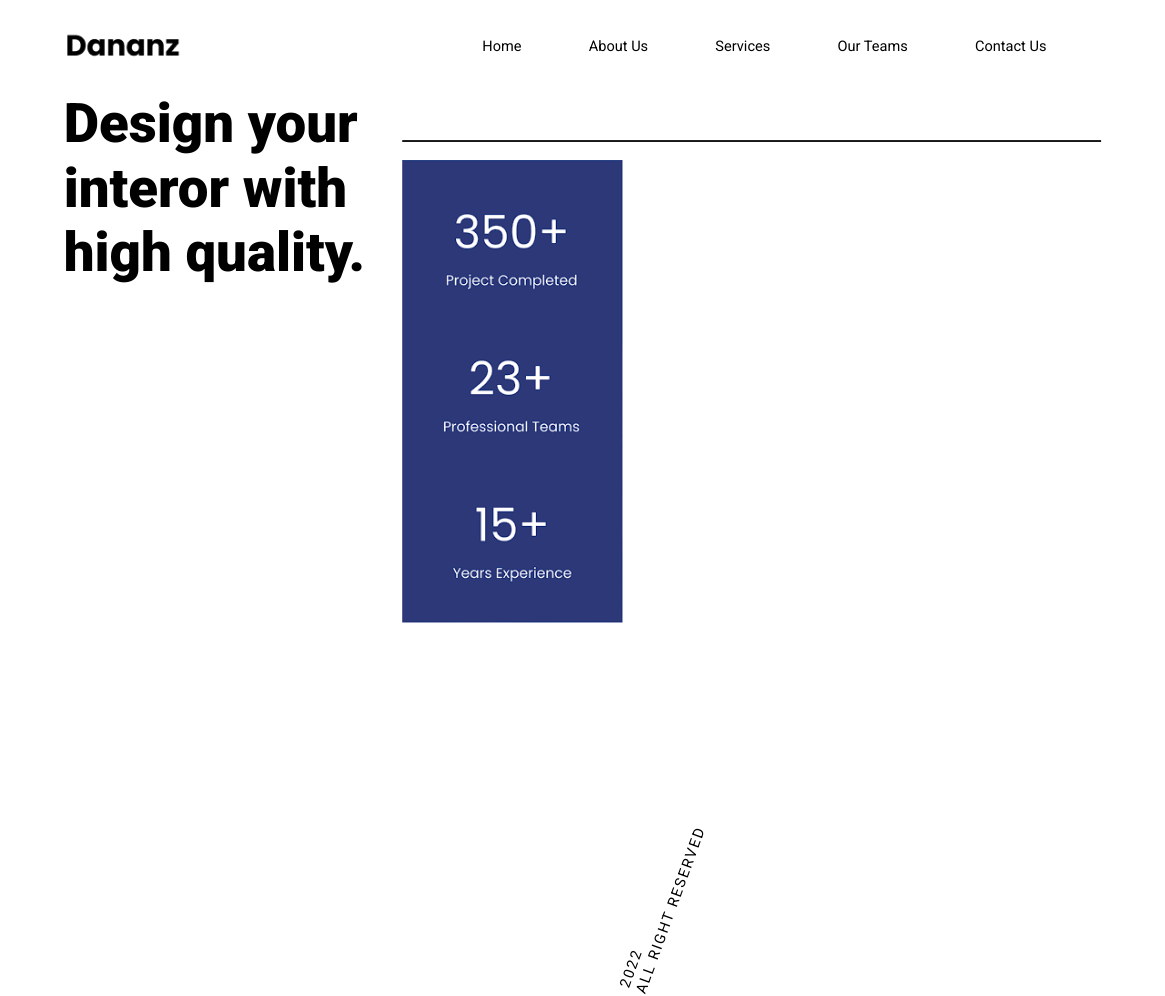
Repository: AsadKasimov/disain
Page: index.html
An editor plug-in stored every save of this project. The page is shown before and after the next save, followed by the edit.
The browser window is 1280 px wide. The pictures show the whole page, at 91% of full size.

Above is the page before, as saved 2023-04-20 12:39:48.

### index.html
<!DOCTYPE html>
<html lang="en">
<head>
    <meta charset="UTF-8">
    <meta http-equiv="X-UA-Compatible" content="IE=edge">
    <meta name="viewport" content="width=device-width, initial-scale=1.0">
    <title>F</title>
    <link rel="stylesheet" href="./style.css">
</head>
<body>

    <div class="wrapper">
        <header class="header">
            <!-- Шапка -->
            <div class="logo">
                <img src="./img/Dananz.png" alt="">
            </div>

            <!-- Меню сайта -->
            <nav class="nav">
                <ul>
                    <li>Home</li>
                    <li>About Us</li>
                    <li>Services</li>
                    <li>Our Teams</li>
                    <li>Contact Us</li>

                </ul>
            </nav>

            <!-- Иконка бургерменю -->
            <div class="burger">
                <span></span>
            </div>
        </header>
        <div class="menu">
            <div class="text-menu">
                <h1>Design your interor with high quality.</h1>
            </div>
            <div class="text-line">
                <hr class="text-line-l">
                <div class="h-pic">
                    <img src="./img/rec.png" alt="">
                </div>
                <div class="img-t">
                   <p>2022<br>ALL RIGHT RESERVED</p>
                </div>
            </div>


        </div>
        <div class="h-pic2">
            <img src="./img/rec.png" alt="">
        </div>
    </div>



    <script>
        document.querySelector('.burger').addEventListener('click', function() {
            this.classList.toggle('active');
            document.querySelector('.nav').classList.toggle('open');
        })
    </script>
</body>
</html>

### style.css
@import url('https://fonts.googleapis.com/css2?family=Roboto:ital,wght@0,100;0,300;0,400;0,500;0,900;1,100;1,300;1,400;1,500;1,700;1,900&display=swap');

html, body {
  height: 100%;
  width: 100%;

}

body {
  display: flex;
  flex-direction: column;
  font-family: 'Roboto', sans-serif;
  background-color: #fff;
  /* overflow: hidden; */

}

*{
  padding: 0;
  margin: 0;
  box-sizing: border-box;
}

.wrapper{
  flex-grow: 1;
}

.open{
  display: flex !important;
}

.header{
  display: flex;
  align-items: center;
  justify-content: space-between;
  min-height: 100px;
  background-color: #fff;
  color: #000;
  padding: 0 90px;
}

.logo{
  display: flex;
  justify-content: center;
  flex-direction: column;
  align-items: center;

  width: 90px;
  height: 90px;
}

.nav{
  display: flex;
  width: 700px;
  padding: 0 40px;
}

.nav ul{
  width: 100%;
  list-style: none;
  display: flex;
  justify-content: space-between;
}

.burger{
  display: none;
  position: relative;
  z-index: 50;
  align-items: center;
  justify-content: flex-end;
  width: 30px;
  height: 18px;
}

.burger span{
  height: 2px;
  width: 80%;
  transform: scale(1);
  background-color: #000;
}

.burger::before, .burger::after{
  content: '';
  position: absolute;
  height: 2px;
  width: 100%;
  background-color: #000;
  transition: all 0.3s ease 0s;
}

.burger::before { top: 0 }

.burger::after { bottom: 0 }


.burger.active span { transform: scale(0) }

.burger.active::before{
  top: 50%;
  transform: rotate(-45deg) translate(0, -50%);
}

.burger.active::after{
  bottom: 50%;
  transform: rotate(45deg) translate(0, 50%);
}

h1 {
  display: block;
  font-size: 2em;
  margin-block-start: 0;
  margin-block-end: 0;
  margin-inline-start: 0px;
  margin-inline-end: 0px;
  font-weight: bold;
}

.menu{
  display: flex;
  justify-content: flex-start;
  padding: 0 70px;
  align-items:baseline;

}

.text-menu{
  font-weight: 700;
  font-size: 30px;
  width: 500px;
}

hr.text-line-l{
  border: 1px solid black;
  width: 60vw;

}

.text-line{
  display: flex;
  flex-direction: column;
  gap: 20px;
}

.h-pic2{
  display: none;
}

.img-t{
  text-transform: uppercase;
  letter-spacing: 2px;

  transform: rotate(-70deg);
}

@media (max-width: 700px) {

  .h-pic{
    display: none;
  }


  .h-pic2{
    display: block;
  }


  hr.text-line-l {
    border: 1px solid black;
    height: 100%;
    width: 0px;
  }



  .menu{
    display: flex;
    justify-content: flex-start;
    padding: 0 20px;
    align-items:normal;
    gap: 23%;
  }

  .text-menu{
    width: 70%;
    font-size: 22px;

  }

  .header{
    display: flex;
    align-items: center;
    justify-content: space-between;
    min-height: 100px;
    background-color: #fff;
    color: #000;
    padding: 0 40px;
  }

  .nav{
    display: flex;
    width: 700px;
    padding: 0 40px;
  }

  .burger { display: flex }

  .nav{
      display: none;
      flex-direction: column;
      position: fixed;
      height: 100%;
      width: 100%;
      top: 0; bottom: 0; left: 0; right: 0;
      z-index: 50;
      overflow-y: auto;
      padding: 50px 40px;
      background-color: ghostwhite;

  }

  .nav ul{
      flex-direction: column;
      row-gap: 30px;
  }
}

After the next save:
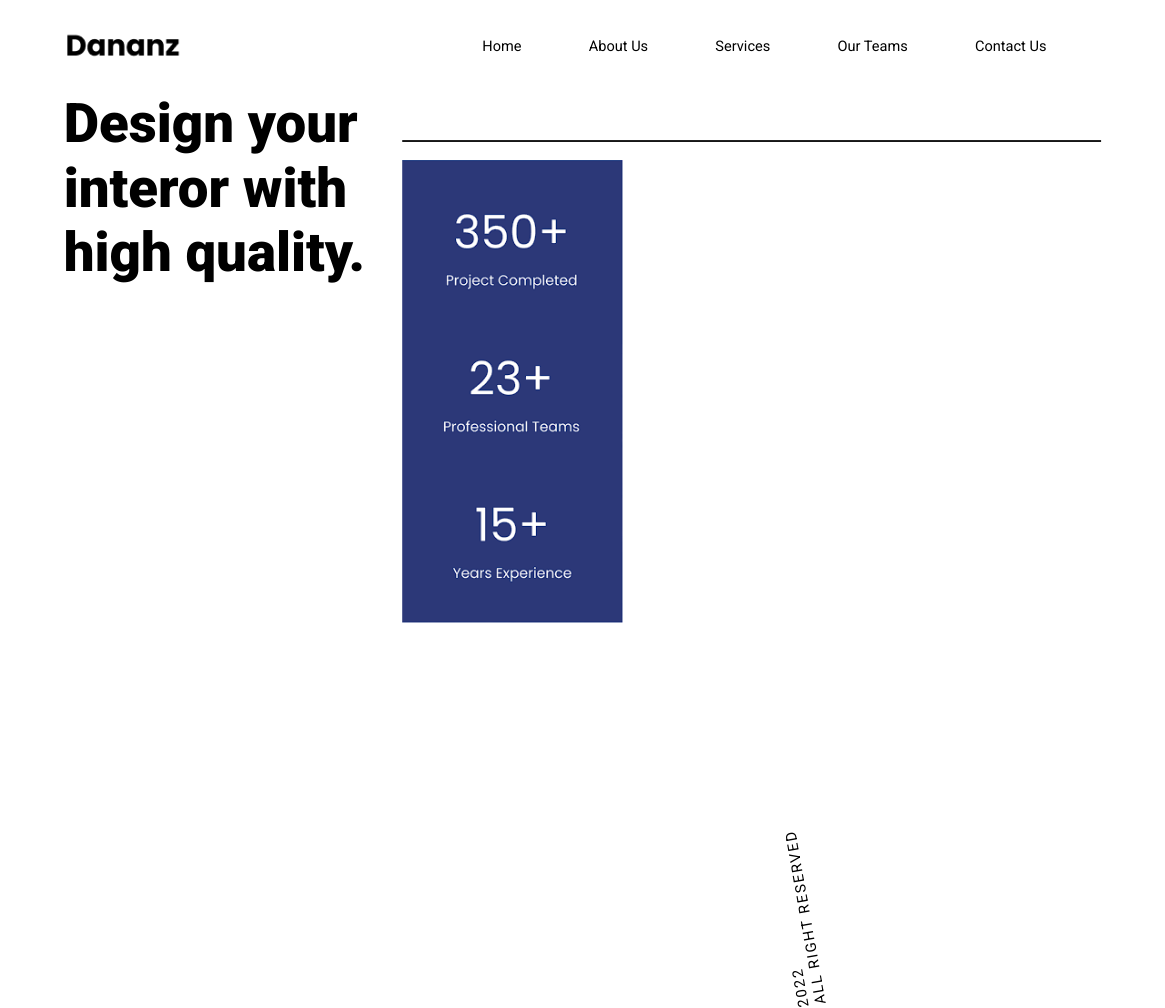
Saved 12 s later.
--- a/style.css
+++ b/style.css
@@ -149,7 +149,7 @@ hr.text-line-l{
   text-transform: uppercase;
   letter-spacing: 2px;
 
-  transform: rotate(-70deg);
+  transform: rotate(-100deg);
 }
 
 @media (max-width: 700px) {
